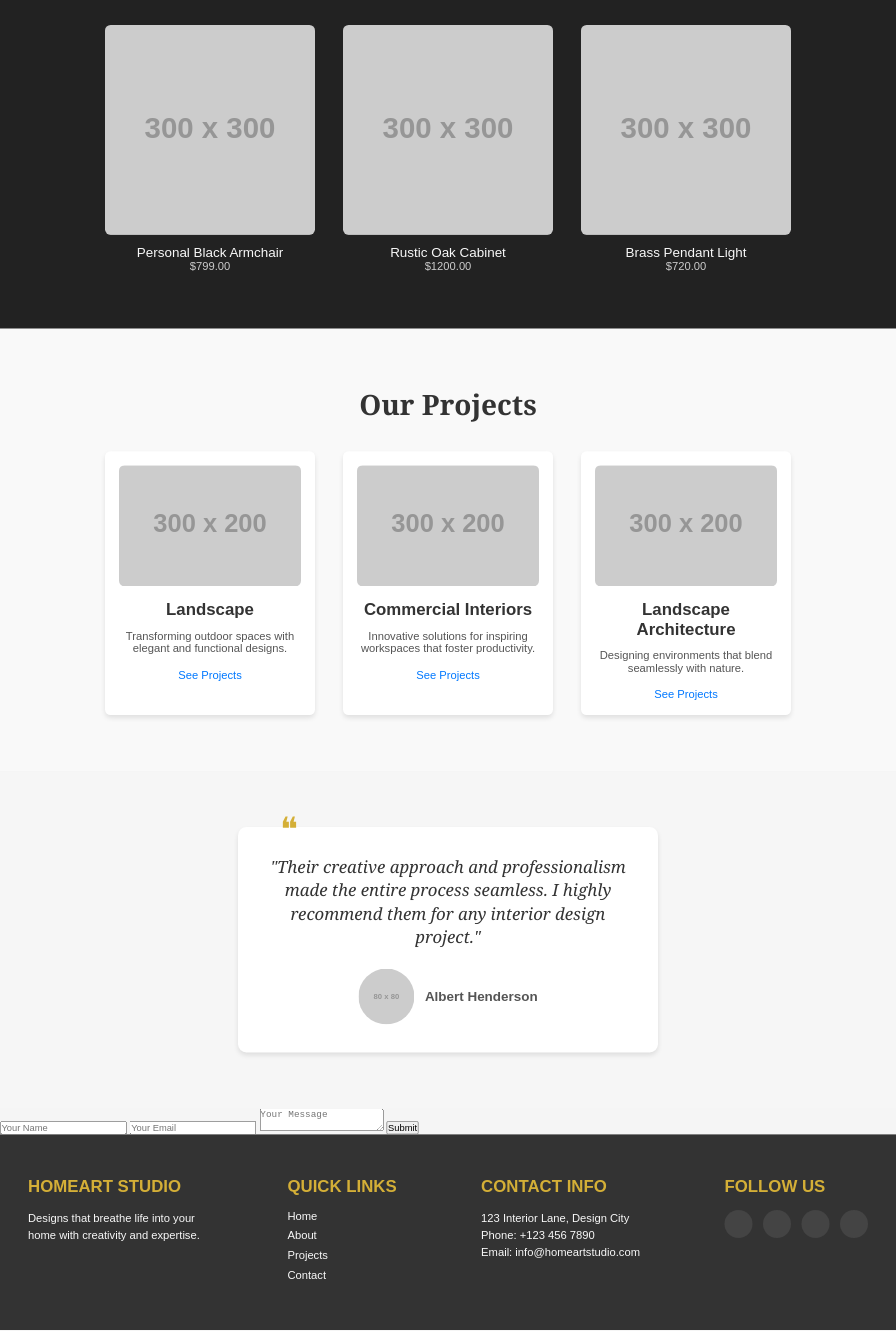
Repository: Patience225/home-decor-studio
Page: index.html
The author's editor kept a copy of each file at every save. The page is drawn from the files as they stood at one save, then again after the next save.
The browser window is 1280 px wide. The pictures show the part of the page from y = 2051 to 3971 px (the page is 3952 px tall before and 3971 px after), at 70% of full size.

Above is the page before, as saved 2025-01-29 04:43:33.

After the next save:
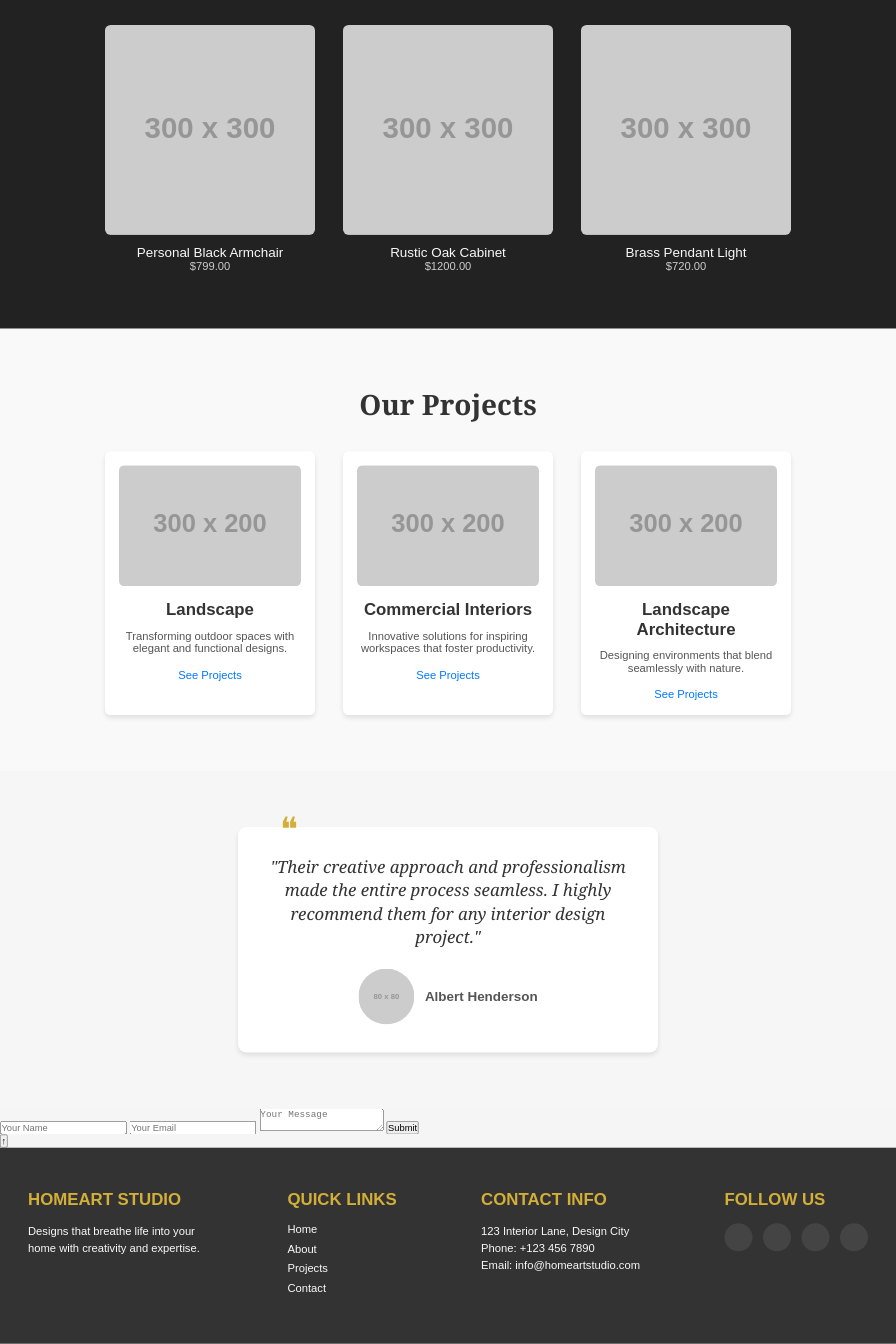
Saved 49 s later.
--- a/index.html
+++ b/index.html
@@ -124,6 +124,7 @@
     <button type="submit">Submit</button>
     <p id="form-feedback"></p>
   </form>
+  <button id="back-to-top">↑</button>
 
   <footer class="footer">
     <div class="footer-container">

After the 3 saves that followed:
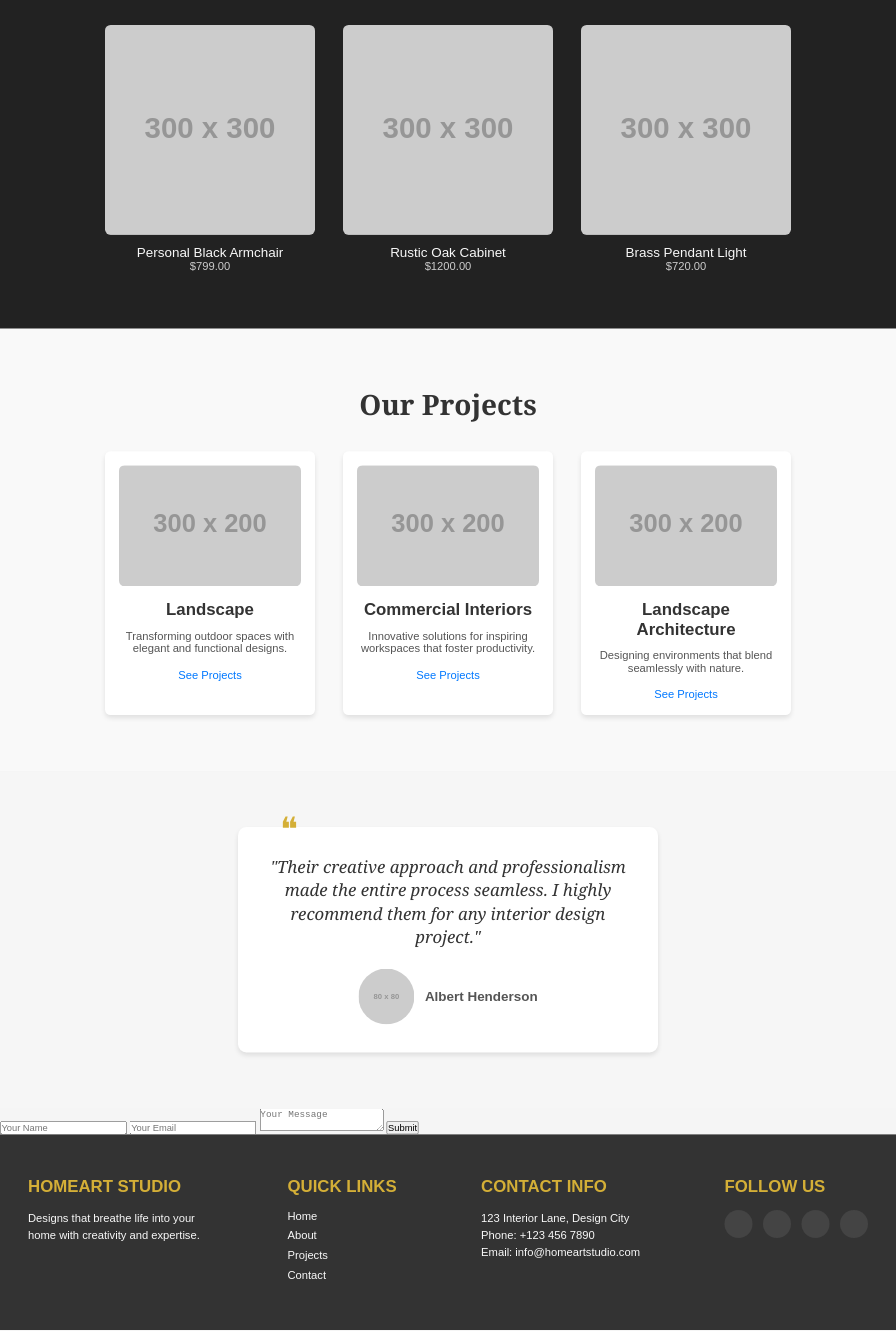
The 3 saves are shown as one change because they came seconds apart.
The last was saved 39 s later.
--- a/styles.css
+++ b/styles.css
@@ -388,6 +388,24 @@ header {
     font-size: 2.5rem;
   }
 }
+
+#back-to-top {
+  position: fixed;
+  bottom: 30px;
+  right: 30px;
+  background-color: #d4af37;
+  color: white;
+  border: none;
+  padding: 10px 15px;
+  cursor: pointer;
+  display: none;
+  border-radius: 50%;
+}
+
+#back-to-top:hover {
+  background-color: #333;
+}
+
 
 /* Footer Styles */
 .footer {
